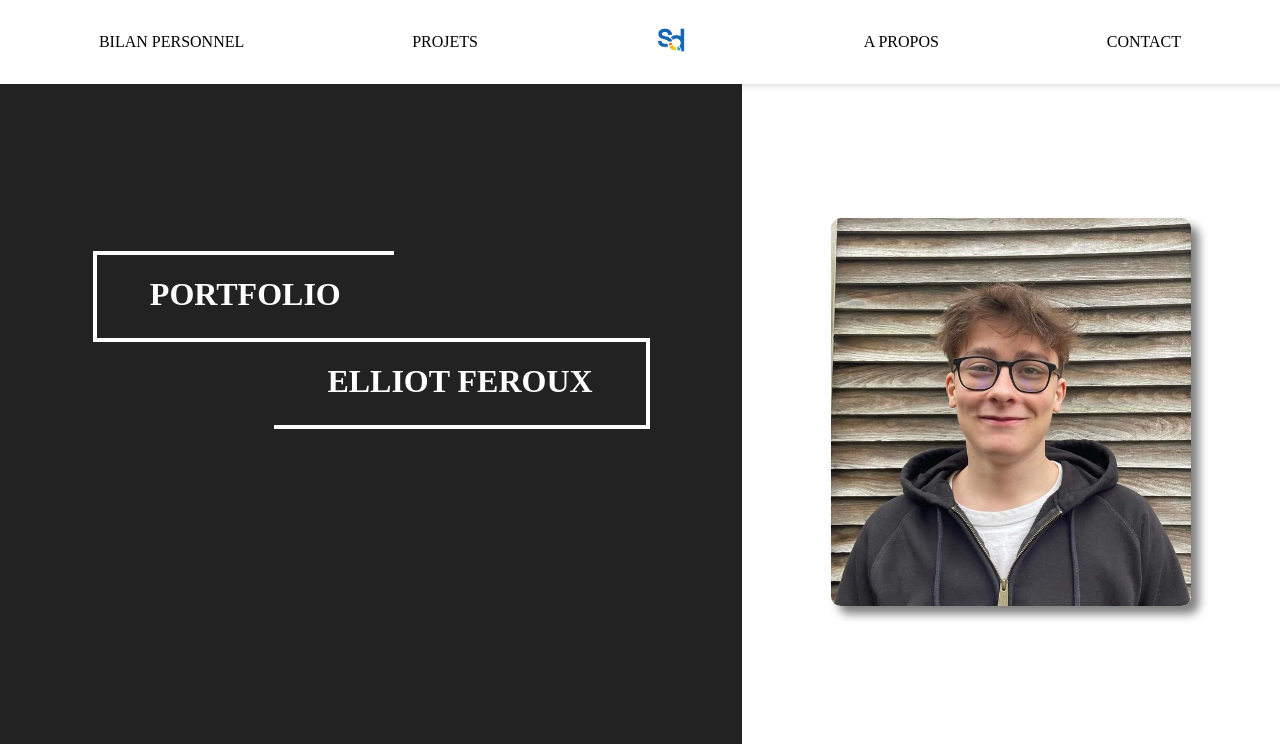
Repository: elliotfx/elliotfx.github.io
Page: html/main.html
These files come from the project's save history. The page is drawn as it stood at one moment and after the next save; the edit follows.
The browser window is 1280 px wide. The pictures show the whole page.

Above is the page before, as saved 2025-03-18 22:14:41.

After the next save:
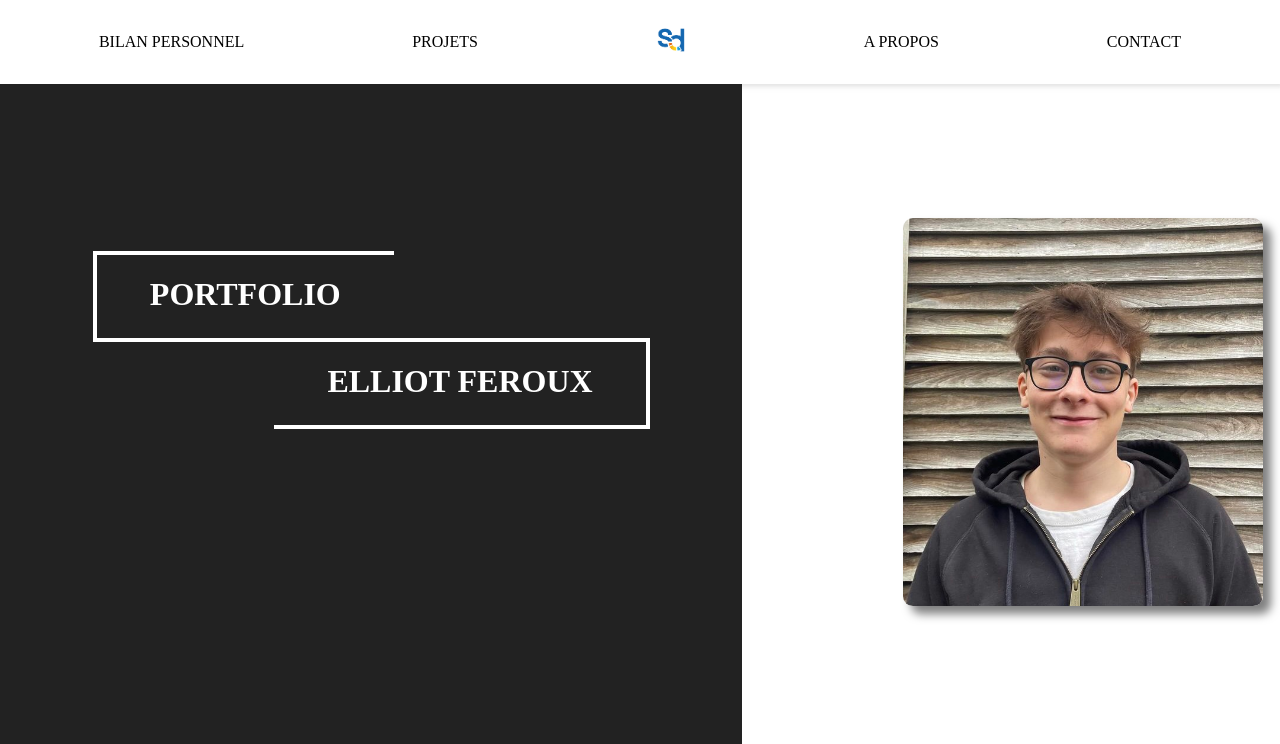
Saved 2 min 23 s later.
--- a/css/style.css
+++ b/css/style.css
@@ -191,7 +191,7 @@
     }
 
     .contenu {
-
+        width: 30vh;
     }
 }
 

After the save that followed:
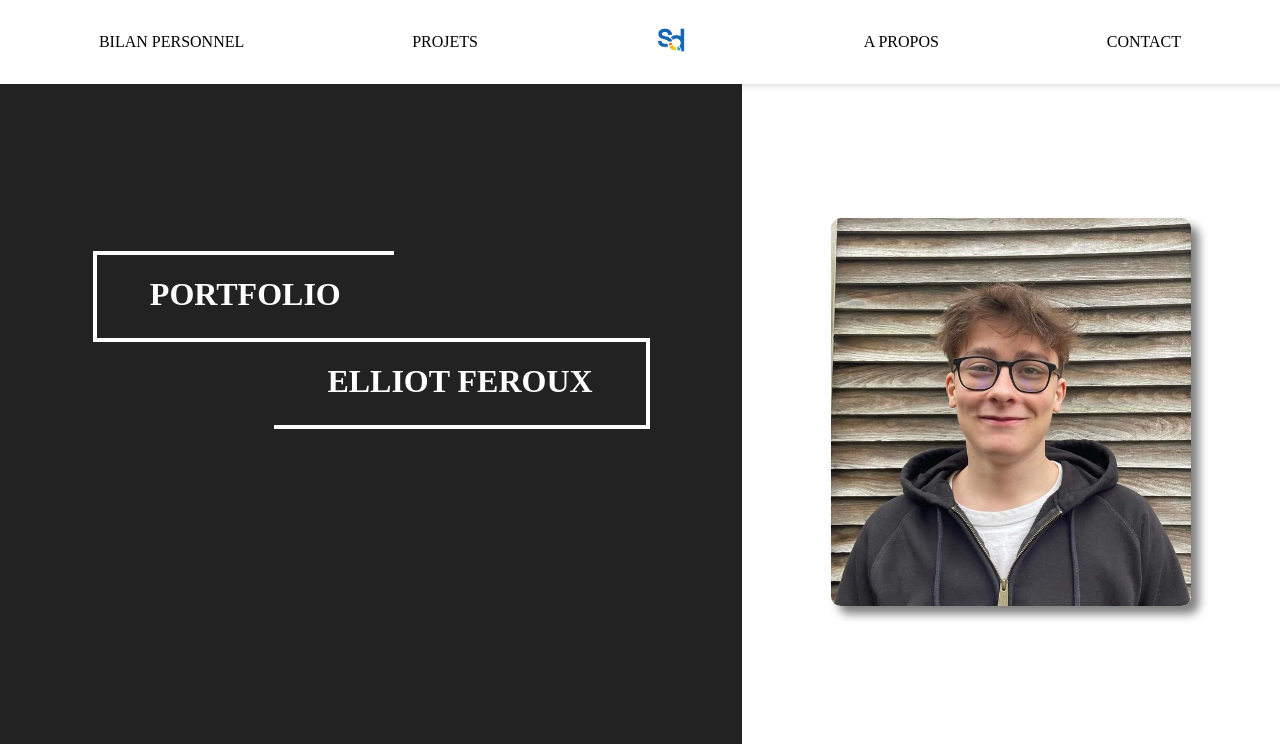
Saved 23 s later.
--- a/css/style.css
+++ b/css/style.css
@@ -191,7 +191,7 @@
     }
 
     .contenu {
-        width: 30vh;
+
     }
 }
 
